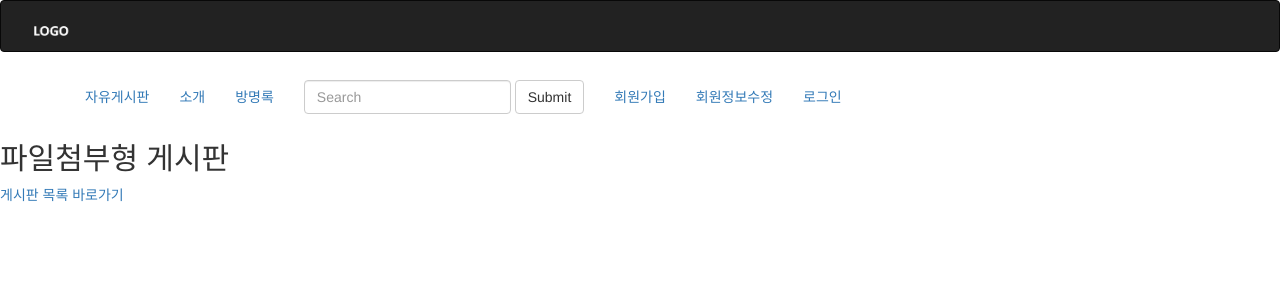
Repository: bhj305/JSP_Bulletin_Board
Page: http://localhost/BulletinBoard/14MVCBoard/Default.jsp
The author's editor kept a copy of each file at every save. The page is drawn from the files as they stood at one save, then again after the next save.
The browser window is 1280 px wide. The pictures show the whole page.
The page is served by Tomcat 10.

Above is the page before, as saved 2025-05-17 03:37:33.

After the next save:
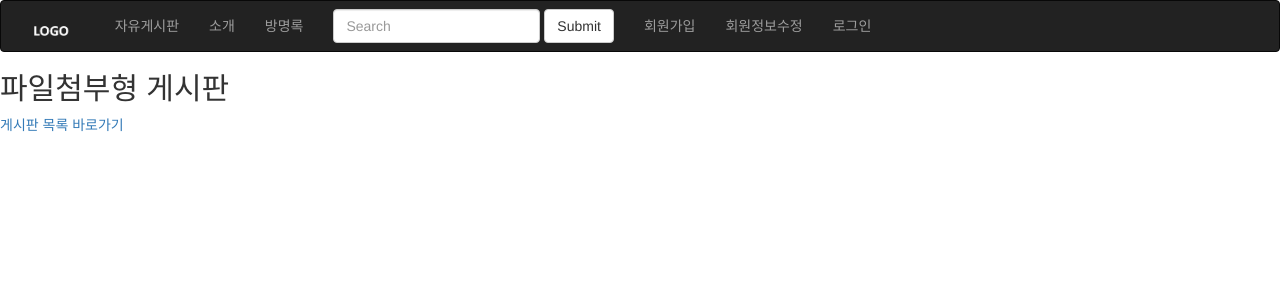
Saved 15 s later.
--- a/BulletinBoard/src/main/webapp/Common/Link.jsp
+++ b/BulletinBoard/src/main/webapp/Common/Link.jsp
@@ -18,8 +18,7 @@
                   <img src="../images/logo.png" alt="" style="height: 30px;">
                 </a>
             </div>
-        </nav>
-        <div class="container">
+            <div class="container">
             <div class="btn-group">
                 <ul class="nav navbar-nav">
                     <li><a href="List.jsp">자유게시판</a></li>
@@ -63,6 +62,6 @@
                 </ul>
             </div>
         </div>
-
+        </nav>
 	</body>
 </html>
